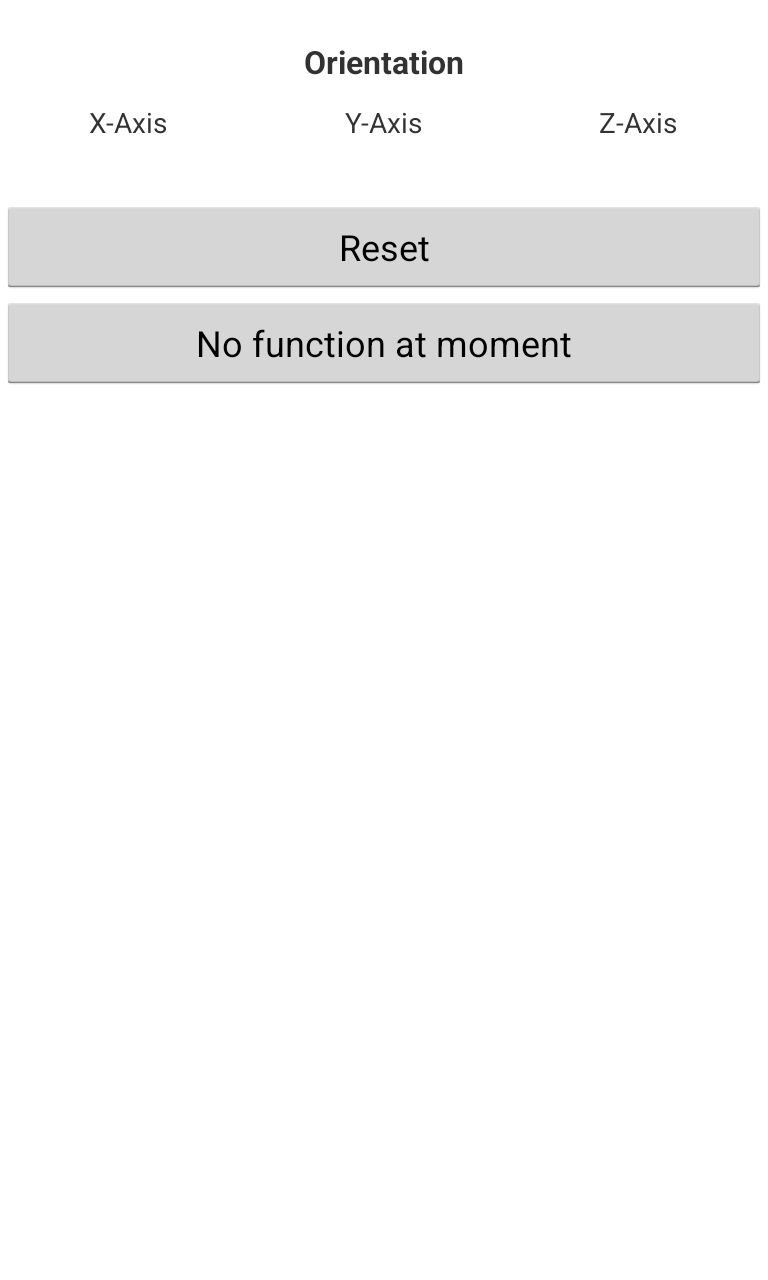
Repository: 3lim/DroidAhoy
Layout: AhoyApp - Send Float/res/layout/main.xml
The author's editor kept a copy of each file at every save. The layout is drawn from the files as they stood at one save, then again after the next save.
It is drawn on a 768 x 1280 px phone screen (xhdpi) without system bars, with theme AppTheme; the app's code is not run. Lists and similar views that code fills are empty.

Above is the layout before, as saved 2013-11-21 17:21:05.

After the next save:
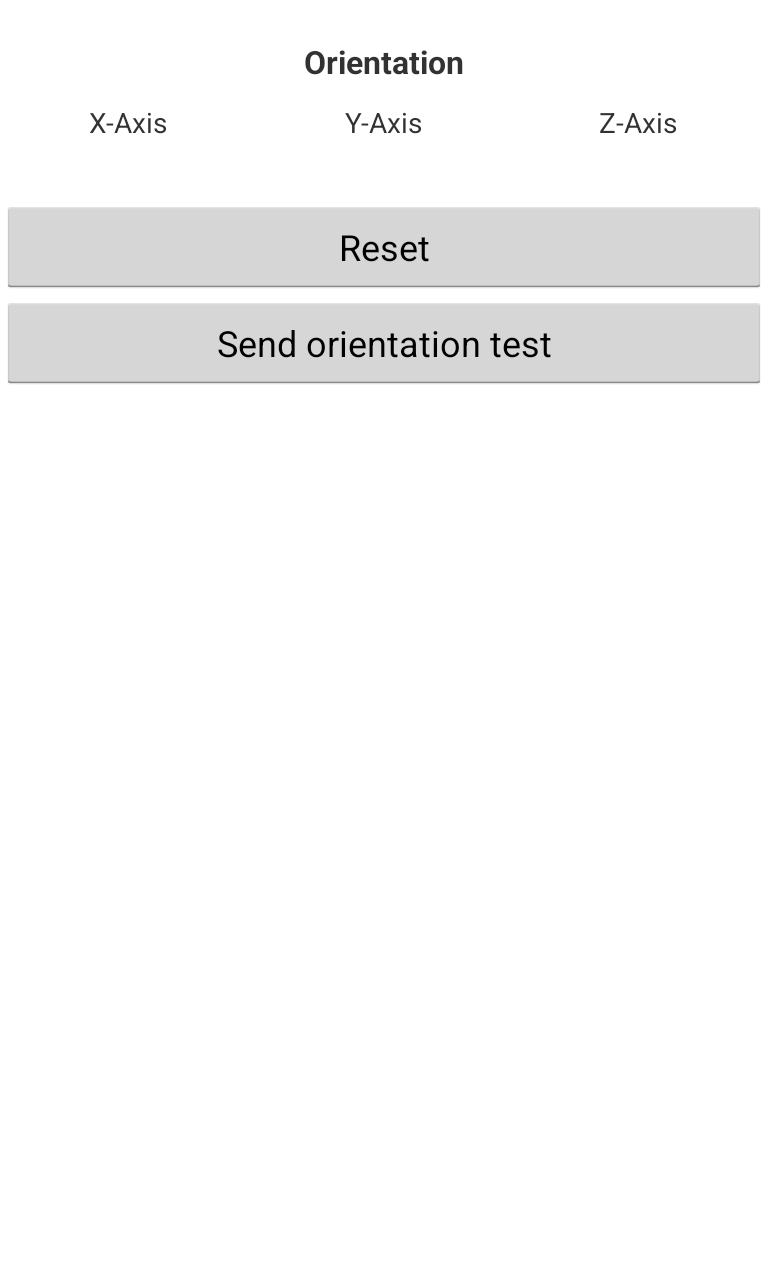
Saved 2 min 54 s later.
--- a/AhoyApp - Send Float/res/layout/main.xml
+++ b/AhoyApp - Send Float/res/layout/main.xml
@@ -140,7 +140,7 @@ android:layout_above="@id/send_message"
 
 <Button
 android:id="@+id/button_listen"
-android:text="No function at moment"
+android:text="Send orientation test"
 android:layout_width="fill_parent"
 android:layout_height="wrap_content"
 android:layout_above="@id/button_listen"
